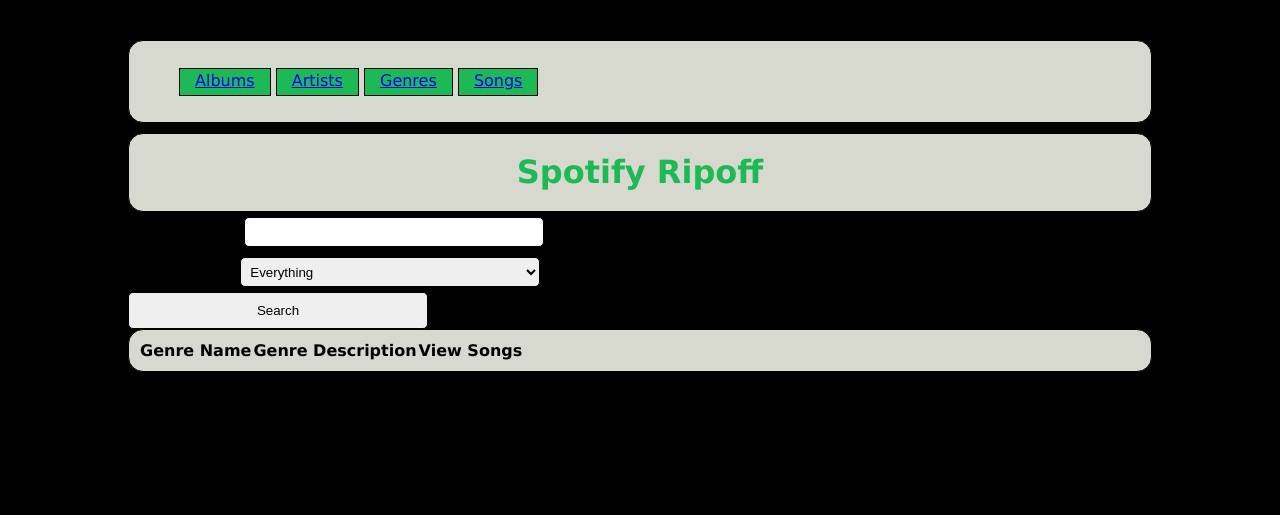
Repository: RRGTHWAR/bkg16_INFSCI1017
Page: bkg16_Music_FinalProject/WebContent/genre.html
An editor plug-in stored every save of this project. The page is shown before and after the next save, followed by the edit.
The browser window is 1280 px wide. The pictures show the whole page.

Above is the page before, as saved 2019-04-12 13:17:31.

### bkg16_Music_FinalProject/WebContent/genre.html
<html>
<head>
<meta charset="UTF-8">
<title>Music Genres</title>
<script src="js/jquery-3.3.1.min.js"></script>
<link href="css/style.css" rel="stylesheet" type="text/css" />

</head>
<body>
	<div id="navBar">
		<ul>
			<li><a href="album.html" title="Albums">Albums</a></li>
			<li><a href="artist.html" title="Artists">Artists</a></li>
			<li><a href="genre.html" title="Genres">Genres</a></li>
			<li><a href="song.html" title="Songs">Songs</a></li>
		</ul>
	</div>
	<h1 id="mainHeader" >Spotify Ripoff</h1>

<div id="genreSearch">
	<div>
		Genre Name: <input type="text" id="genreName" name="genreName" value="" class="textField" />
	</div>
	<div>
		Search Type:
		<select name="searchType" id="searchType" class="textField">
			<option value="">Everything</option>
			<option value="equals">Equals</option>
			<option value="begins">Begins</option>
			<option value="ends">Ends</option>
			<option value="contains">Contains</option>
		</select>
	</div>
	<div>
		<input type="button" id="btnSearch" name="btnSubmit" value="Search" />
	</div>
</div>

<div id="searchResults">
	<table id="tblSearchResults">
		<tr>
			<th>Genre Name</th>
			<th>Genre Description</th>
			<th>View Songs</th>
		</tr>
	</table>
</div>

</body>
<script>
	$(document).ready(function (){
		$("#btnSearch").click(function (){
			var genreName = $("#genreName").val();
			var searchType = $("#searchType").val();
			// console.log("Genre: " + genreName);
			// console.log("SearchType: " + searchType);
			var url = "GenreListWS?genreName=" + genreName + "&searchType=" + searchType;
			// console.log(url);
			$.get(url, function(resp){
				parseGenreData(resp);
			})
		});
	});

	function parseGenreData(data){
		// $("#searchResults").text(JSON.stringify(data));
		var result = "";

		for(var i=0; i < data.length; i++){
			var tr = $("<tr></tr>"); // created empty html table row

			// First data cell
			var td = $("<td></td>"); // created empty html table data
			td.html(data[i].genre_name);
			tr.append(td);

			// Second data cell
			// Note that we don't need to redeclare this
			td = $("<td></td>");
			td.html(data[i].description)
			tr.append(td);

			// Second data cell
			// Note that we don't need to redeclare this
			td = $("<td></td>");
			var link = "<a href='song.html?genre_id=" + data[i].genre_id + "'>View Songs</a>";
			td.html(link[i])
			tr.append(td);

			// Append row to the table
			$("#tblSearchResults").append(tr);

			// result += 'Name: ' + data[i].genre_name + ' Description: ' + data[i].description + '<br />';
		}

		// $("#searchResults").html(result);
	}
</script>
</html>

### bkg16_Music_FinalProject/WebContent/css/style.css
@charset "UTF-8";

html, body {
	background-color: black;
}

body {
	font-family: Verdana, Geneva, sans-serif;
	font-size: 100%;
	width: 80%;
	margin-right: auto;
	margin-left: auto;
	padding: 2.5% 2.5% 0;
	line-height: 1.8;
}

h1, h2, h3, h4, h5, h6, p {
	margin: 0;
	padding: 0;
}

h1, h2, h3, h4, h5, h6 {
	color: #1DB954;
}

p {
	margin-bottom: 1em;
}

#navBar {
	background-color: #D7D9CE;
	border: 1px solid #000;
	padding: 10px;
	border-radius: 15px;
}

#navBar ul li {
	background-color: #1DB954;
	margin-left: 0;
	margin-bottom: 10px;
	padding: 2px 15px 5px;
	border: 1px solid #000;
	list-style: none;
	display: inline;
}

#mainHeader {
	background-color: #D7D9CE;
	border: 1px solid #000;
	padding: 10px;
	margin-top: 10px;
	border-radius: 15px;
	text-align: center;
}

.searchBox {
	background-color: #D7D9CE;
	border: 1px solid #000;
	padding: 10px;
	margin-top: 10px;
	border-radius: 15px;
	margin-bottom: 10px;
}

.textField {
	border: 1px solid #000;
	border-radius: 5px;
	padding: 5px;
	margin: 5px;
	width: 300px;
	height: 30px;
}

#searchResults {
	background-color: #D7D9CE;
	border: 1px solid #000;
	padding: 10px;
	margin-top: 10px;
	border-radius: 15px;
	display: block;
	margin: 0 auto;
}

#btns ul li {
	padding: 10px;
	margin-top: 10px;
	border-radius: 15px;
	text-align: center;
	list-style: none;
	display: inline-block;
}

input[type=button] {
	border: 1px solid #000;
	padding: 10px;
	border-radius: 5px;
	display: inline-block;
	margin: 0 auto;
	width: 300px;
}

#tblSearchResults {
	border-collapse: collapse;
}

#tblSearchResults tr th td {
	border: 1px solid #000;
	padding: 5px;
	border-collapse: collapse;
	display: inline-block;
	margin: 0 auto;
	text-align: center;
}

Loaded but not shown: bkg16_Music_FinalProject/WebContent/js/jquery-3.3.1.min.js (library)

After the next save:
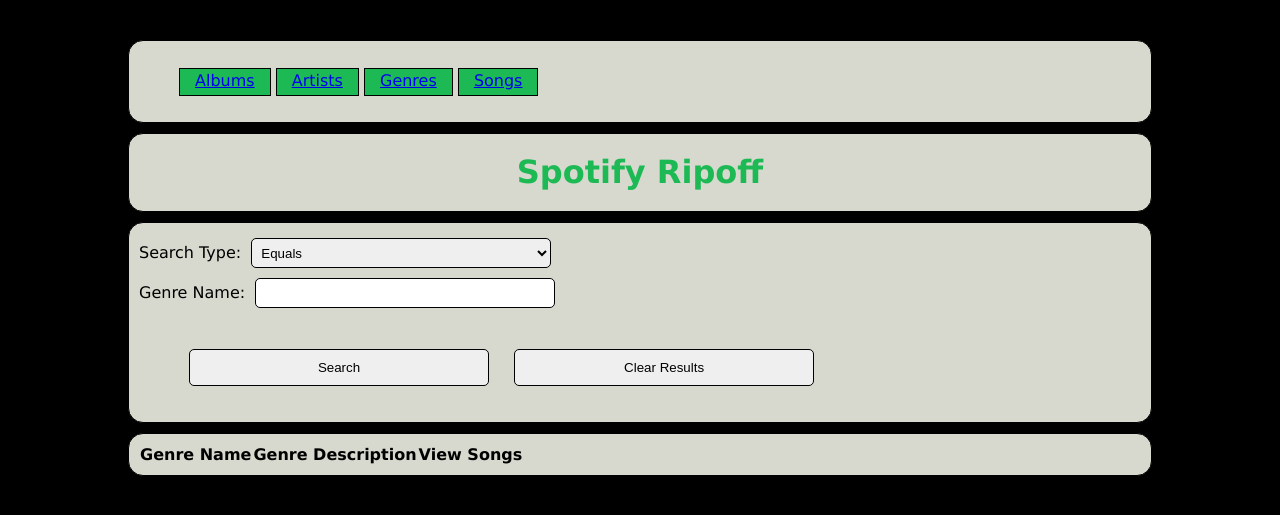
Saved 99 s later.
--- a/bkg16_Music_FinalProject/WebContent/genre.html
+++ b/bkg16_Music_FinalProject/WebContent/genre.html
@@ -17,24 +17,28 @@
 	</div>
 	<h1 id="mainHeader" >Spotify Ripoff</h1>
 
-<div id="genreSearch">
-	<div>
-		Genre Name: <input type="text" id="genreName" name="genreName" value="" class="textField" />
+	<div id="genreSearch" class="searchBox" >
+		<div>
+			Search Type:
+			<select name="searchType" id="searchType" class="textField">
+				<option value="equals">Equals</option>
+				<option value="begins">Begins</option>
+				<option value="ends">Ends</option>
+				<option value="contains">Contains</option>
+				<option value="">All</option>
+			</select>
+		</div>
+		<div>
+			Genre Name: <input type="text" id="genreName" name="genreName" value="" class="textField" />
+		</div>
+		<div id="btns" >
+			<ul>
+				<li><input type="button" id="btnSearch" name="btnSubmit" class="actButton" value="Search" /></li>
+				<li><input type="button" id="btnClear" name ="btnClear" class="actButton" value="Clear Results" /></li>
+			</ul>
+		</div>
 	</div>
-	<div>
-		Search Type:
-		<select name="searchType" id="searchType" class="textField">
-			<option value="">Everything</option>
-			<option value="equals">Equals</option>
-			<option value="begins">Begins</option>
-			<option value="ends">Ends</option>
-			<option value="contains">Contains</option>
-		</select>
-	</div>
-	<div>
-		<input type="button" id="btnSearch" name="btnSubmit" value="Search" />
-	</div>
-</div>
+
 
 <div id="searchResults">
 	<table id="tblSearchResults">
